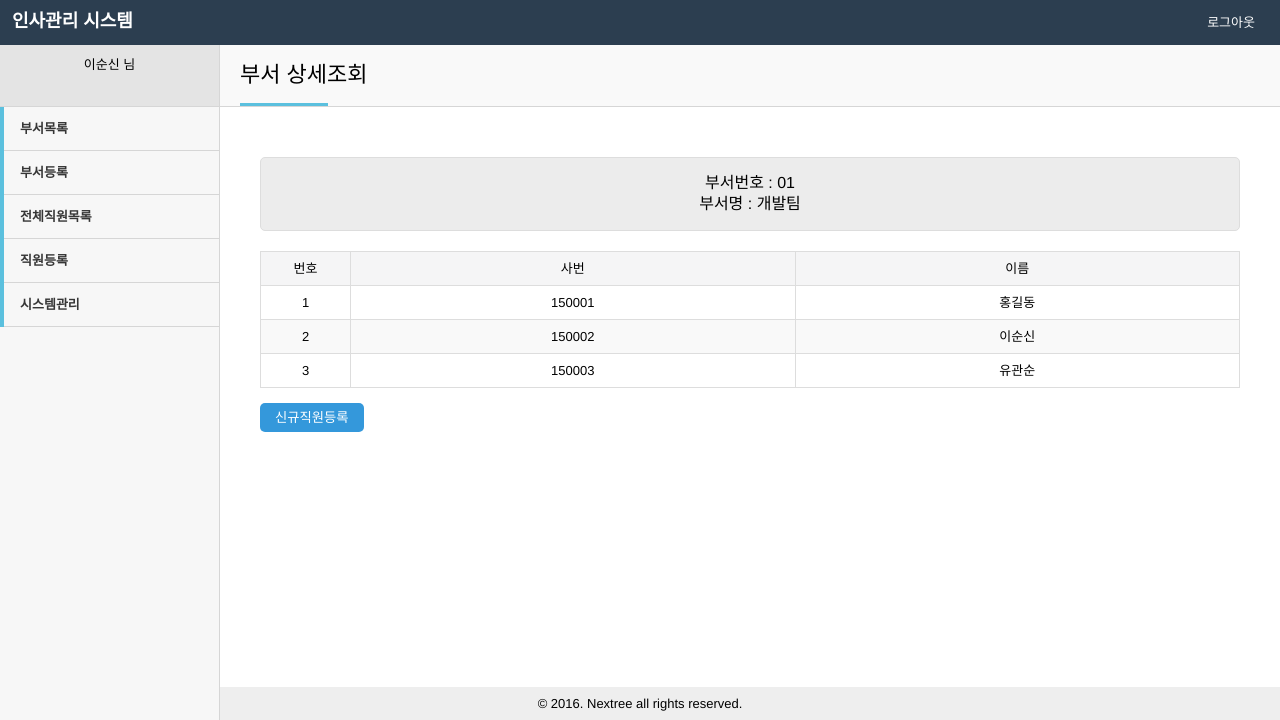
Repository: brotherdoor/shiba
Page: http://localhost/HumanResource_templete/views/deptDetail.jsp
These files come from the project's save history. The page is drawn as it stood at one moment and after the next save; the edit follows.
The browser window is 1280 px wide. The pictures show the whole page.
The page is served by Tomcat 9.

Above is the page before, as saved 2017-02-27 03:08:06.

After the next save:
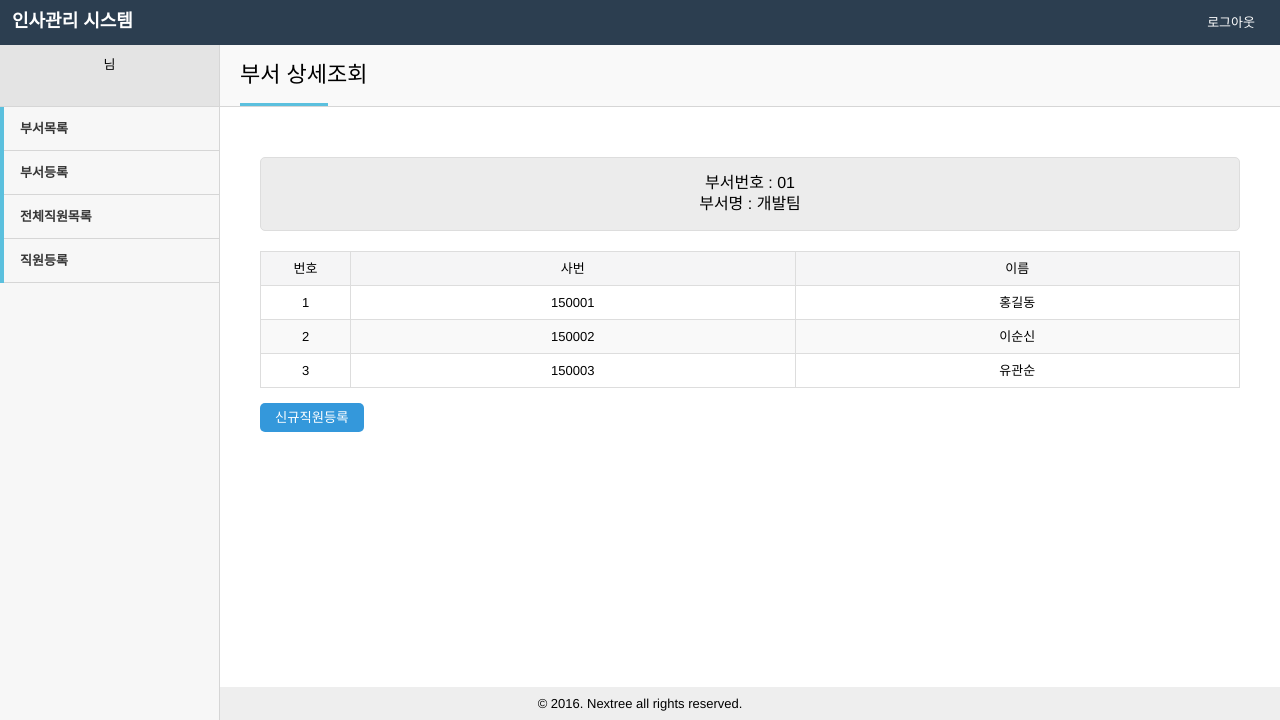
Saved 34 s later.
--- a/jsp/HumanResource_templete/WebContent/views/deptDetail.jsp
+++ b/jsp/HumanResource_templete/WebContent/views/deptDetail.jsp
@@ -12,34 +12,10 @@
 </head>
 <body>
 <header>
-    <h1>
-        <a href="deptList.html">인사관리 시스템</a>
-    </h1>
-    <ul class="login-info">
-        <li class="logout-btn"><a href="#">로그아웃</a></li>
-    </ul>
+    <%@ include file="header.jspf" %>
 </header>
 <nav>
-    <ul>
-        <li class="user-info">
-            이순신 님
-        </li>
-        <li>
-            <a href="deptList.html">부서목록</a>
-        </li>
-        <li>
-            <a href="deptCreate.html">부서등록</a>
-        </li>
-        <li>
-            <a href="employeeList.html">전체직원목록</a>
-        </li>
-        <li>
-            <a href="employeeCreate.html">직원등록</a>
-        </li>
-        <li>
-            <a href="#">시스템관리</a>
-        </li>
-    </ul>
+    <%@ include file="sideMenu.jspf" %>
 </nav>
 <div class="contents-wrap">
     <h2 class="page-title">부서 상세조회</h2>
@@ -83,7 +59,7 @@
     </div>
 </div>
 <footer>
-    <p>    &#169; 2016. Nextree all rights reserved.</p>
+    <%@ include file="footer.jspf" %>
 </footer>
 </body>
 </html>
